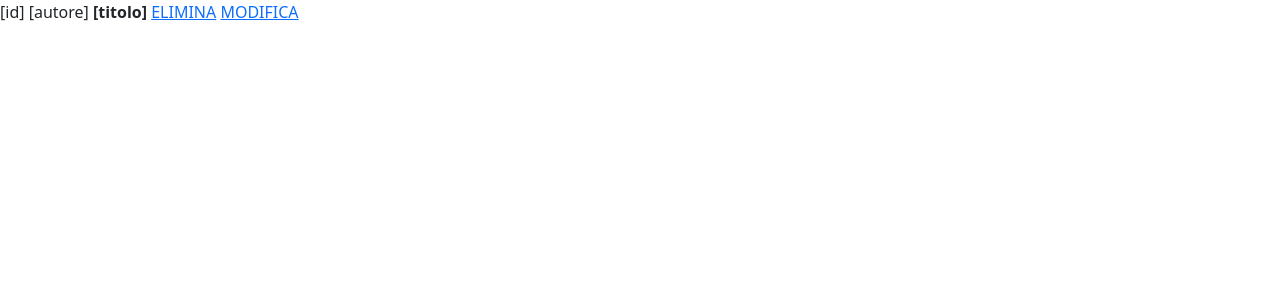
Repository: foferys/DynamicWebProject_DAOLibri_Mappe
Page: DynamicWebProject_DAOLibri_Mappe/WebContent/viste/templatelibro.html
An editor plug-in stored every save of this project. The page is shown before and after the next save, followed by the edit.
The browser window is 1280 px wide. The pictures show the whole page.

Above is the page before, as saved 2024-06-25 09:26:56.

After the next save:
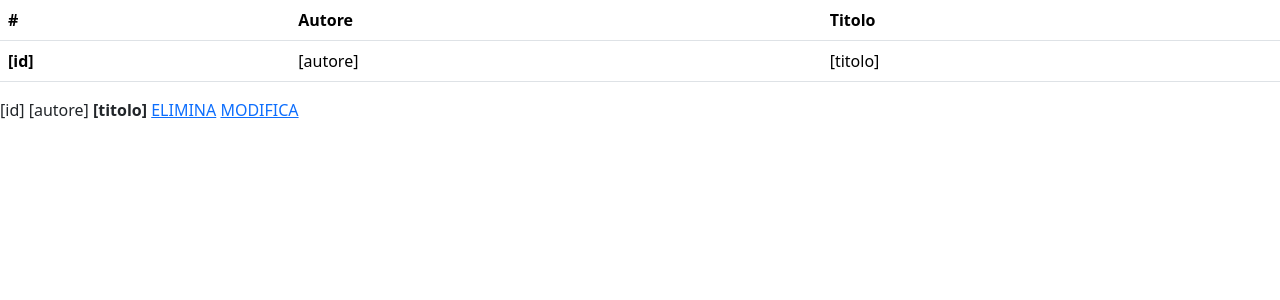
Saved 2 min 2 s later.
--- a/DynamicWebProject_DAOLibri_Mappe/WebContent/viste/templatelibro.html
+++ b/DynamicWebProject_DAOLibri_Mappe/WebContent/viste/templatelibro.html
@@ -14,6 +14,24 @@
     <link href="https://cdn.jsdelivr.net/npm/bootstrap@5.3.3/dist/css/bootstrap.min.css" rel="stylesheet" integrity="sha384-QWTKZyjpPEjISv5WaRU9OFeRpok6YctnYmDr5pNlyT2bRjXh0JMhjY6hW+ALEwIH" crossorigin="anonymous">
 
 	<body>
+		<table class="table">
+		  <thead>
+		    <tr>
+		      <th scope="col">#</th>
+		      <th scope="col">Autore</th>
+		      <th scope="col">Titolo</th>
+		    </tr>
+		  </thead>
+		  <tbody>
+		    <tr>
+		      <th scope="row">[id]</th>
+		      <td>[autore]</td>
+		      <td>[titolo]</td>
+		    </tr>
+		  </tbody>
+		</table>
+
+
 		[id] [autore] <b>[titolo]</b>
 		<a href="http://localhost:8080/DynamicWebProject_DAOLibri_Mappe/Index?comando=eliminalibro&id=[id]">ELIMINA</a>
 		<a href="http://localhost:8080/DynamicWebProject_DAOLibri_Mappe/Index?comando=formmodificalibro&id=[id]">MODIFICA</a>
